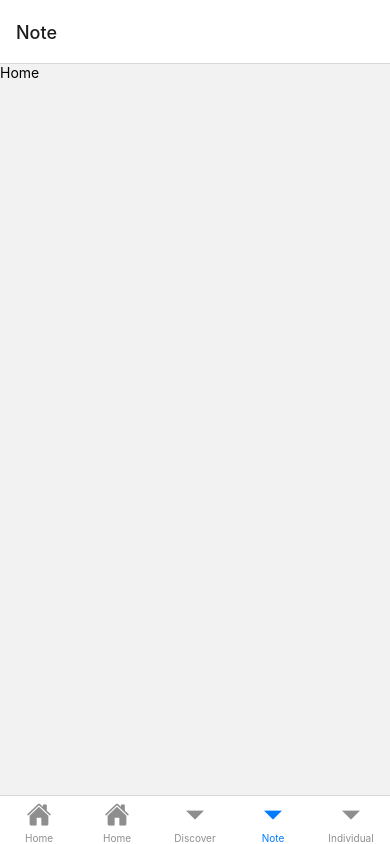
Repository: dinhtq-47/react-native
Screen: /Note
The author's editor kept a copy of each file at every save. The screen is drawn from the files as they stood at one save, then again after a run of saves.
The app was drawn by React Native's web renderer in a window 390 px wide. The project was rebuilt for these pictures with package versions that can differ from the ones it lists, and the page was loaded fresh each time. Also part of the build but not shown: screens/Contact.js, screens/Discover.js, screens/Individual.js.

Above is the screen before, as saved 2022-02-16 17:54:01.

### App.js
import "react-native-gesture-handler";
import { View } from "react-native";
import HomeTab from "./navigations/Home";
import { NavigationContainer } from "@react-navigation/native";
const App = () => {
  return (
    <NavigationContainer>
      <View style={{ flex: 1 }}>
        <HomeTab />
      </View>
    </NavigationContainer>
  );
};

export default App;

### navigations/Home.js
import { createBottomTabNavigator } from "@react-navigation/bottom-tabs";
import Home from "../screens/Home";
import Contact from "../screens/Contact";
import Discover from "../screens/Discover";
import Note from "../screens/Note";
import Individual from "../screens/Individual";
import { Ionicons } from "@expo/vector-icons";
const Tab = createBottomTabNavigator();

const HomeTab = () => {
  return (
    <Tab.Navigator>
      <Tab.Screen
        name="Home"
        component={Home}
        options={{
          tabBarLabel: "Home",
          tabBarIcon: ({ color, size }) => (
            <Ionicons name="home" color={color} size={size} />
          ),
        }}
      />
      <Tab.Screen
        name="Contact"
        component={Contact}
        options={{
          tabBarLabel: "Home",
          tabBarIcon: ({ color, size }) => (
            <Ionicons name="home" color={color} size={size} />
          ),
        }}
      />
      <Tab.Screen name="Discover" component={Discover} />
      <Tab.Screen name="Note" component={Note} />
      <Tab.Screen name="Individual" component={Individual} />
    </Tab.Navigator>
  );
};

export default HomeTab;

### screens/Home.js
import { StyleSheet, View, StatusBar, Text, SafeAreaView } from "react-native";

const Home = () => {
  return (
    <SafeAreaView>
      <StatusBar barStyle="dark-content" />
      <View style={styles.container}>
        <Text>Home</Text>
      </View>
    </SafeAreaView>
  );
};

const styles = StyleSheet.create({
  container: {
    width: "100%",
    height: "100%",
  },
});

export default Home;

### screens/Note.js
import { StyleSheet, View, StatusBar, Text, SafeAreaView } from "react-native";

const Home = () => {
  return (
    <SafeAreaView>
      <StatusBar barStyle="dark-content" />
      <View style={styles.container}>
        <Text>Home</Text>
      </View>
    </SafeAreaView>
  );
};

const styles = StyleSheet.create({
  container: {
    width: "100%",
    height: "100%",
  },
});

export default Home;

After the next 3 saves:
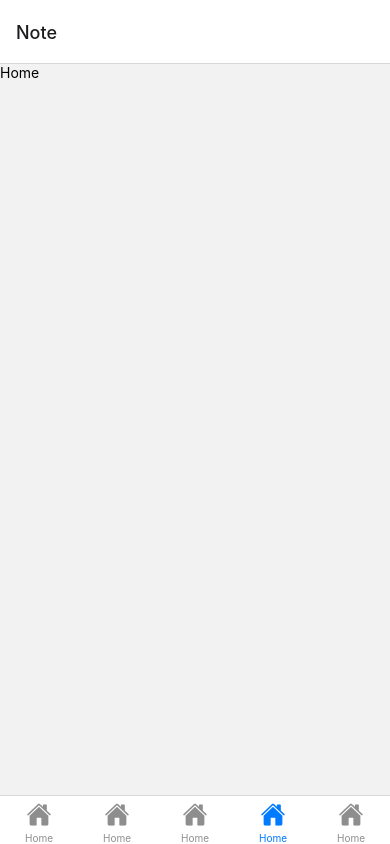
The 3 saves are shown as one change because they came seconds apart.
The last was saved 13 s later.
--- a/navigations/Home.js
+++ b/navigations/Home.js
@@ -30,9 +30,36 @@ const HomeTab = () => {
           ),
         }}
       />
-      <Tab.Screen name="Discover" component={Discover} />
-      <Tab.Screen name="Note" component={Note} />
-      <Tab.Screen name="Individual" component={Individual} />
+      <Tab.Screen
+        name="Discover"
+        component={Discover}
+        options={{
+          tabBarLabel: "Home",
+          tabBarIcon: ({ color, size }) => (
+            <Ionicons name="home" color={color} size={size} />
+          ),
+        }}
+      />
+      <Tab.Screen
+        name="Note"
+        component={Note}
+        options={{
+          tabBarLabel: "Home",
+          tabBarIcon: ({ color, size }) => (
+            <Ionicons name="home" color={color} size={size} />
+          ),
+        }}
+      />
+      <Tab.Screen
+        name="Individual"
+        component={Individual}
+        options={{
+          tabBarLabel: "Home",
+          tabBarIcon: ({ color, size }) => (
+            <Ionicons name="home" color={color} size={size} />
+          ),
+        }}
+      />
     </Tab.Navigator>
   );
 };
